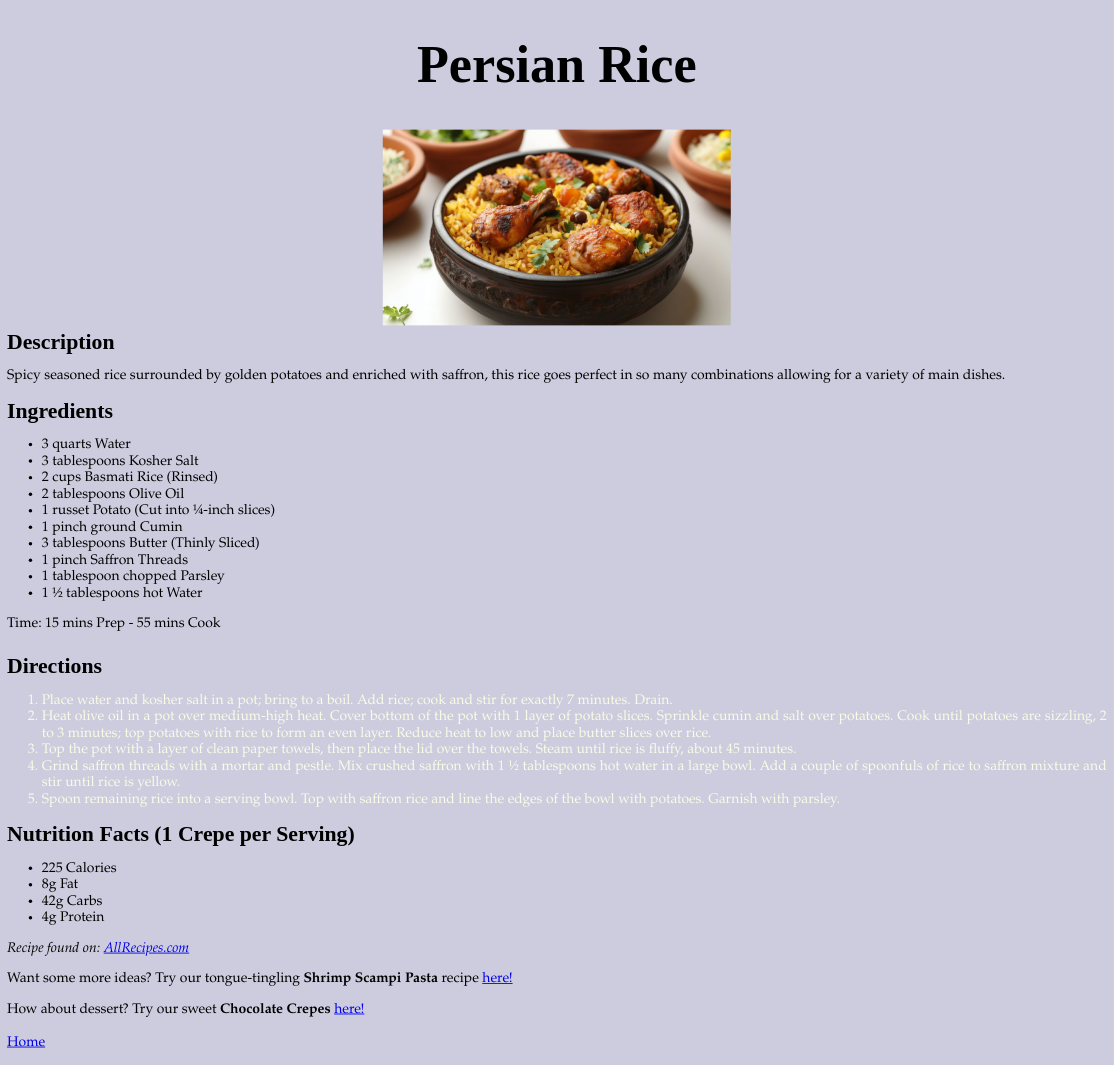
Repository: Mervens/odin-recipes
Page: recipes/persian-rice.html
These files come from the project's save history. The page is drawn as it stood at one moment and after the next save; the edit follows.
The browser window is 1280 px wide. The pictures show the whole page, at 87% of full size.

Above is the page before, as saved 2025-06-23 19:15:32.

After the next save:
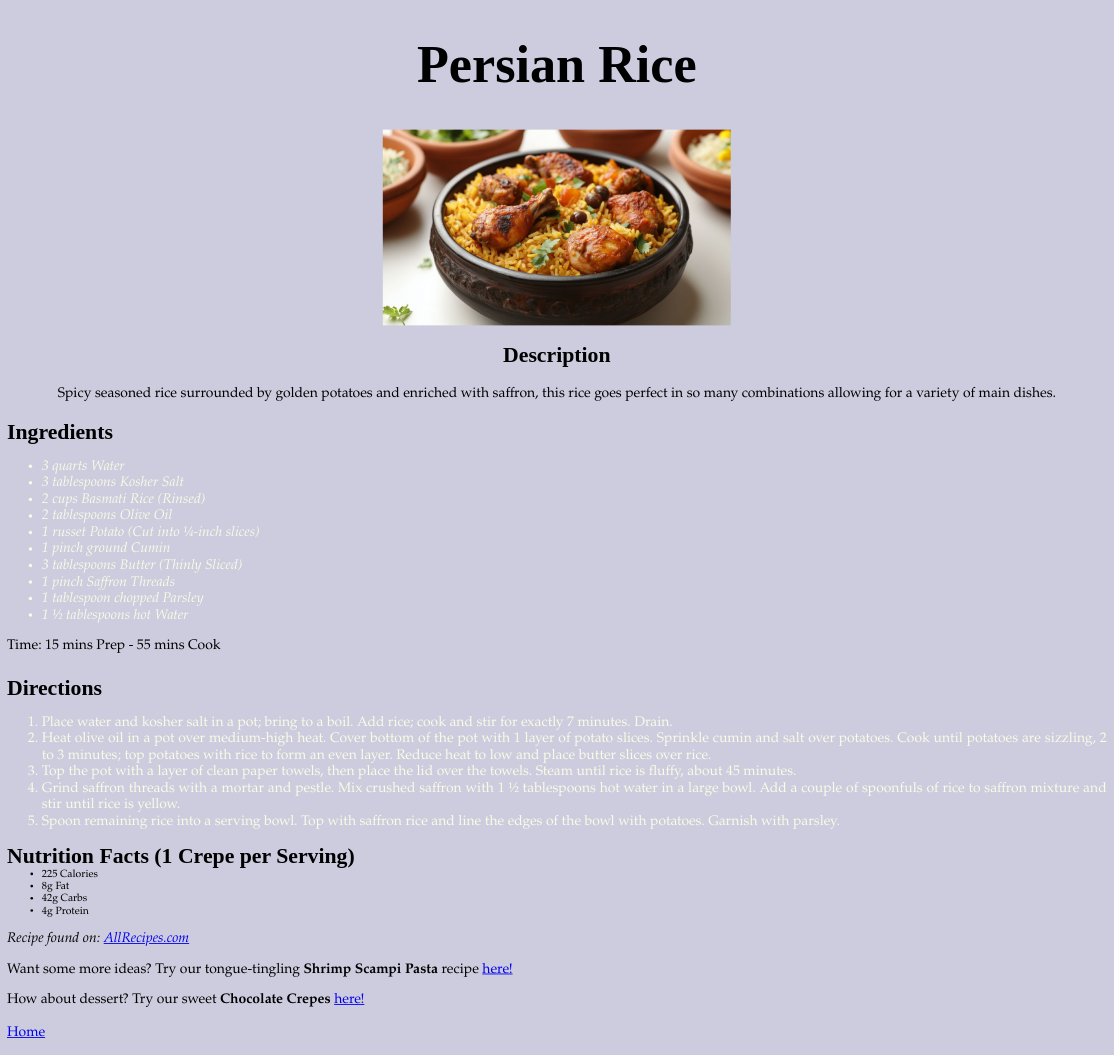
Saved 2 s later.
--- a/recipes/persian-rice.html
+++ b/recipes/persian-rice.html
@@ -13,11 +13,12 @@
 
     <img class="main-img" src="../recipes/images/Persian Rice.jpg"
         alt="Photo of Basmati Rice Dish. Image found on CCNull.de - linked in ReadME.">
-    <h2 class="minor-header">Description</h2>
-    <p>Spicy seasoned rice surrounded by golden potatoes and enriched with saffron, this rice goes perfect in so many
+    <h2 class="minor-header" style="text-align:center; margin-top:20px;">Description</h2>
+    <p class="description">Spicy seasoned rice surrounded by golden potatoes and enriched with saffron, this rice goes
+        perfect in so many
         combinations allowing for a variety of main dishes.</p>
     <h2 class="minor-header"><strong>Ingredients</strong></h2>
-    <ul>
+    <ul class="ingredients">
         <li>3 quarts Water</li>
         <li>3 tablespoons Kosher Salt</li>
         <li>2 cups Basmati Rice (Rinsed)</li>
@@ -48,7 +49,7 @@
             potatoes. Garnish with parsley.</li>
     </ol>
     <h2 class="minor-header">Nutrition Facts (1 Crepe per Serving)</h2>
-    <ul>
+    <ul class="nutrition">
         <li>225 Calories</li>
         <li>8g Fat</li>
         <li>42g Carbs</li>
